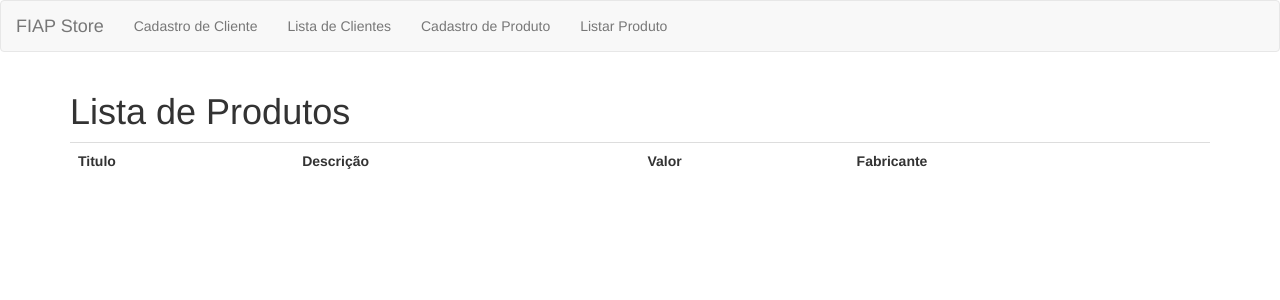
Repository: gabrielma19/1TDSG-Web
Page: http://localhost/06-Loja/produtoServlet
An editor plug-in stored every save of this project. The page is shown before and after the next save, followed by the edit.
The browser window is 1280 px wide. The pictures show the whole page.
The page is served by Tomcat 9. Other server files are loaded and not shown.

Above is the page before, as saved 2016-09-15 14:22:45.

### 06-Loja/WebContent/lista-produto.jsp
<%@page import="br.com.fiap.bean.Produto"%>
<%@page import="java.util.List"%>
<%@ page language="java" contentType="text/html; charset=ISO-8859-1"
    pageEncoding="ISO-8859-1"%>
<!DOCTYPE html PUBLIC "-//W3C//DTD HTML 4.01 Transitional//EN" "http://www.w3.org/TR/html4/loose.dtd">
<html>
<head>
<meta http-equiv="Content-Type" content="text/html; charset=ISO-8859-1">
<title>Lista de Produtos</title>
<link rel="stylesheet"
				type="text/css" href="css/bootstrap.min.css">
</head>
<body>
<%@ include file="menu.jsp" %>
<!-- Recupera a lista que a serlvet enviou -->
<% List<Produto> lista = (List<Produto>) request.getAttribute("listaProdutos"); %>

	<div class="container">
		<h1>Lista de Produtos</h1>
		<table class="table">
			<tr>
				<th>Titulo</th>
				<th>Descrição</th>
				<th>Valor</th>
				<th>Fabricante</th>
			</tr>
			<% for (Produto p : lista) { %>
				<tr>
					<td><%=p.getTitulo() %></td>
					<td><%=p.getDescricao() %></td>
					<td><%=p.getValor() %></td>
					<td><%=p.getFabricante() %></td>
				</tr>
			<% } %>
		</table>
	</div>

</body>
</html>

### 06-Loja/WebContent/menu.jsp
<nav class="navbar navbar-default">
  <div class="container-fluid">
    <!-- Brand and toggle get grouped for better mobile display -->
    <div class="navbar-header">
      <button type="button" class="navbar-toggle collapsed" data-toggle="collapse" data-target="#bs-example-navbar-collapse-1" aria-expanded="false">
        <span class="sr-only">Toggle navigation</span>
        <span class="icon-bar"></span>
        <span class="icon-bar"></span>
        <span class="icon-bar"></span>
      </button>
      <a class="navbar-brand" href="home.jsp">FIAP Store</a>
    </div>

    <!-- Collect the nav links, forms, and other content for toggling -->
    <div class="collapse navbar-collapse" id="bs-example-navbar-collapse-1">
      <ul class="nav navbar-nav">
        <li><a href="cadastro-cliente.jsp">Cadastro de Cliente</a></li>
        <li><a href="clienteServlet">Lista de Clientes</a></li>
        <li><a href="cadastro-produto.jsp">Cadastro de Produto</a></li>
        <li><a href="produtoServlet">Listar Produto</a></li>
      </ul>
      <ul class="nav navbar-nav navbar-right">
      		<li class="dropdown">
      			${usuario }
      			<ul class="dropdown-menu">
      				<li><a href="">Sair</a></li>
      			</ul>
      		</li>
      </ul>
    </div><!-- /.navbar-collapse -->
  </div><!-- /.container-fluid -->
</nav>

### 06-Loja/src/br/com/fiap/servlet/ProdutoServlet.java
package br.com.fiap.servlet;

import java.io.IOException;
import java.util.List;

import javax.servlet.ServletException;
import javax.servlet.http.HttpServlet;
import javax.servlet.http.HttpServletRequest;
import javax.servlet.http.HttpServletResponse;

import br.com.fiap.bean.Produto;
import br.com.fiap.bo.ProdutoBO;


public class ProdutoServlet extends HttpServlet {

	@Override
	protected void doGet(HttpServletRequest req, HttpServletResponse resp) throws ServletException, IOException {
		//Listar os produtos
		//Recupera os produtos cadastrados no banco de dados
		ProdutoBO bo = new ProdutoBO();
		List<Produto> lista = bo.listar();

		//Passar a lista para o JSP
		req.setAttribute("listaProdutos", lista );
		//Encaminhar para a página JSP
		req.getRequestDispatcher("lista-produto.jsp")
										.forward(req, resp);

	}


	@Override
	protected void doPost(HttpServletRequest req, HttpServletResponse resp) throws ServletException, IOException {
		//Recuperar os valores do formulário HTML
		String titulo = req.getParameter("titulo");
		String desc = req.getParameter("descricao");
		String fab = req.getParameter("fabricante");
		double valor = Double
				.parseDouble(req.getParameter("valor"));

		//Instanciar o Produto (Java Bean)
		Produto produto = new Produto(0,desc,valor,titulo,fab);

		//Cadastrar no "banco"
		ProdutoBO bo = new ProdutoBO();
		bo.cadastrar(produto);

		//Coloca um valor para ser exibido na tela
		req.setAttribute("mensagem", "Cadastrado com sucesso!");
		//Redireciona para a JSP
		req.getRequestDispatcher("cadastro-produto.jsp")
											.forward(req, resp);

	}



}

### 06-Loja/src/br/com/fiap/bo/ProdutoBO.java
package br.com.fiap.bo;

import java.util.ArrayList;
import java.util.List;

import br.com.fiap.bean.Produto;

public class ProdutoBO {

	private static List<Produto> produtos = new ArrayList<Produto>();

	public void cadastrar(Produto produto){
		produto.setCodigo(produtos.size()+1);
		produtos.add(produto);
	}

	public List<Produto> listar(){
		return produtos;
	}

}

Loaded but not shown: 06-Loja/WebContent/css/bootstrap.min.css (library)

After the next save:
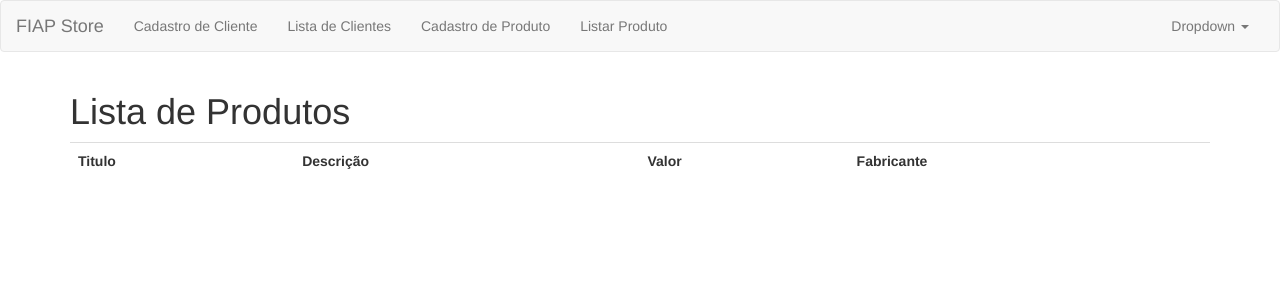
Saved 56 s later.
--- a/06-Loja/WebContent/menu.jsp
+++ b/06-Loja/WebContent/menu.jsp
@@ -21,7 +21,7 @@
       </ul>
       <ul class="nav navbar-nav navbar-right">
       		<li class="dropdown">
-      			${usuario }
+      			<a href="#" class="dropdown-toggle" data-toggle="dropdown" role="button" aria-haspopup="true" aria-expanded="false">Dropdown <span class="caret"></span></a>
       			<ul class="dropdown-menu">
       				<li><a href="">Sair</a></li>
       			</ul>
